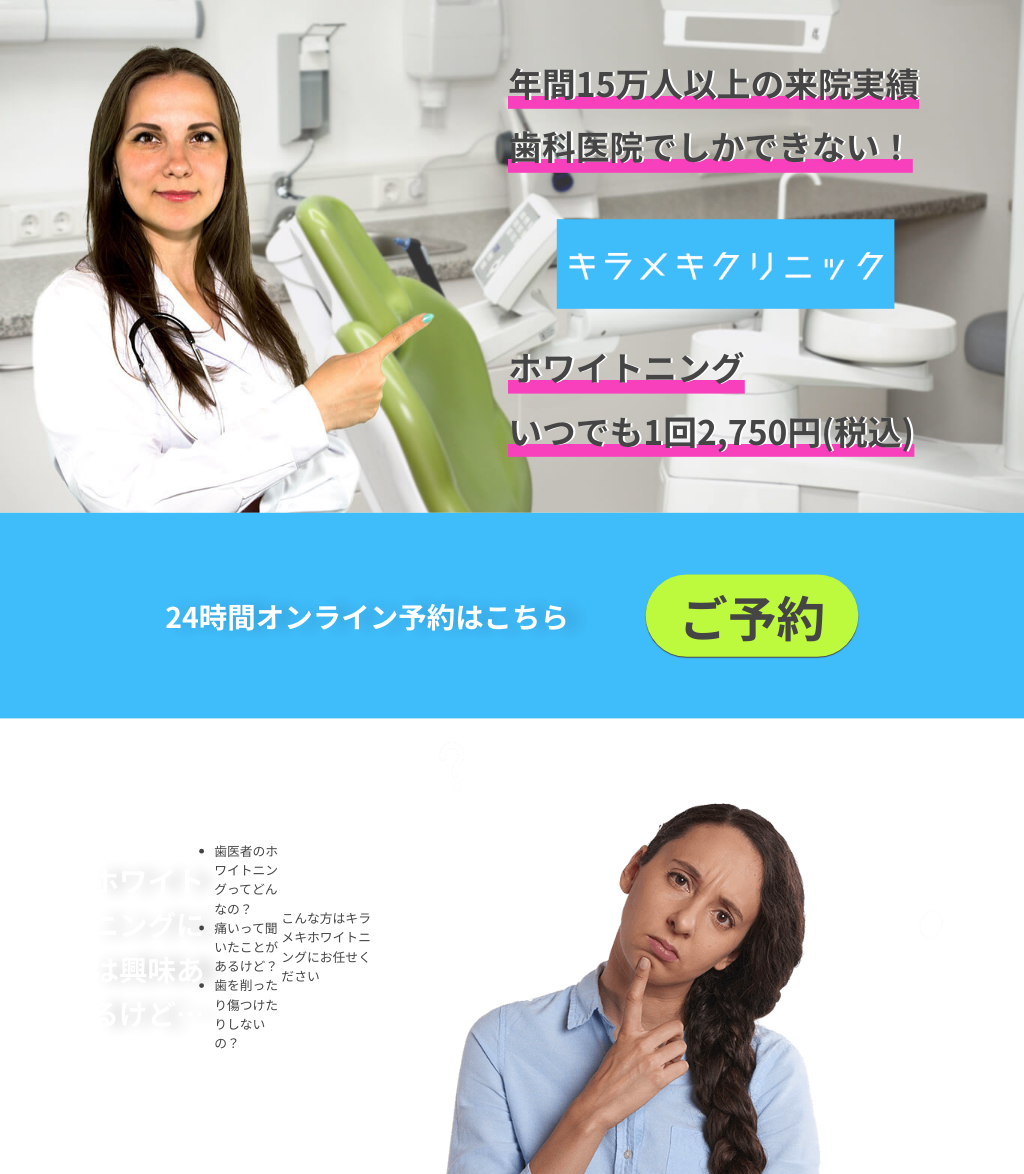
Repository: ryu-nuno/tech_academy_subwork
Page: first/index.html
The author's editor kept a record of every edit. The page is drawn from the files as they stood at one moment, then again after the next edit.
The browser window is 1280 px wide. The pictures show the whole page, at 80% of full size.
Some web libraries are served in a nearby version.

Above is the page before.

After the next edit:
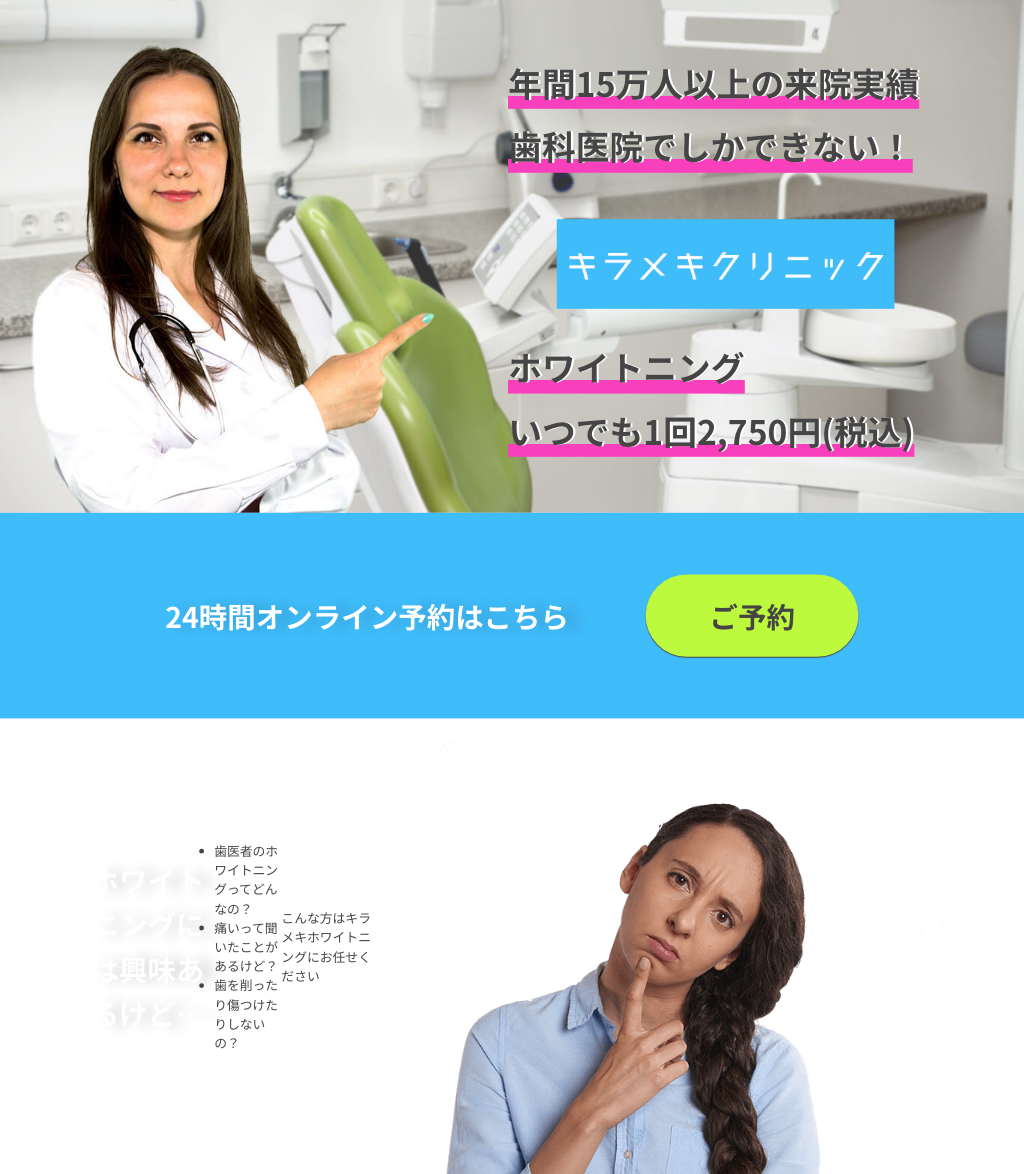
The edit:
--- a/first/css/style.css
+++ b/first/css/style.css
@@ -89,7 +89,7 @@
     width: 20.79vw;
     height: 8.05vw;
     border-radius: 6vw;
-    font-size: 3.8rem;
+    font-size: 2.78vw;
     font-weight: 900;
     box-shadow: 0 0.1vw 0.1vw ;
     overflow: hidden;
